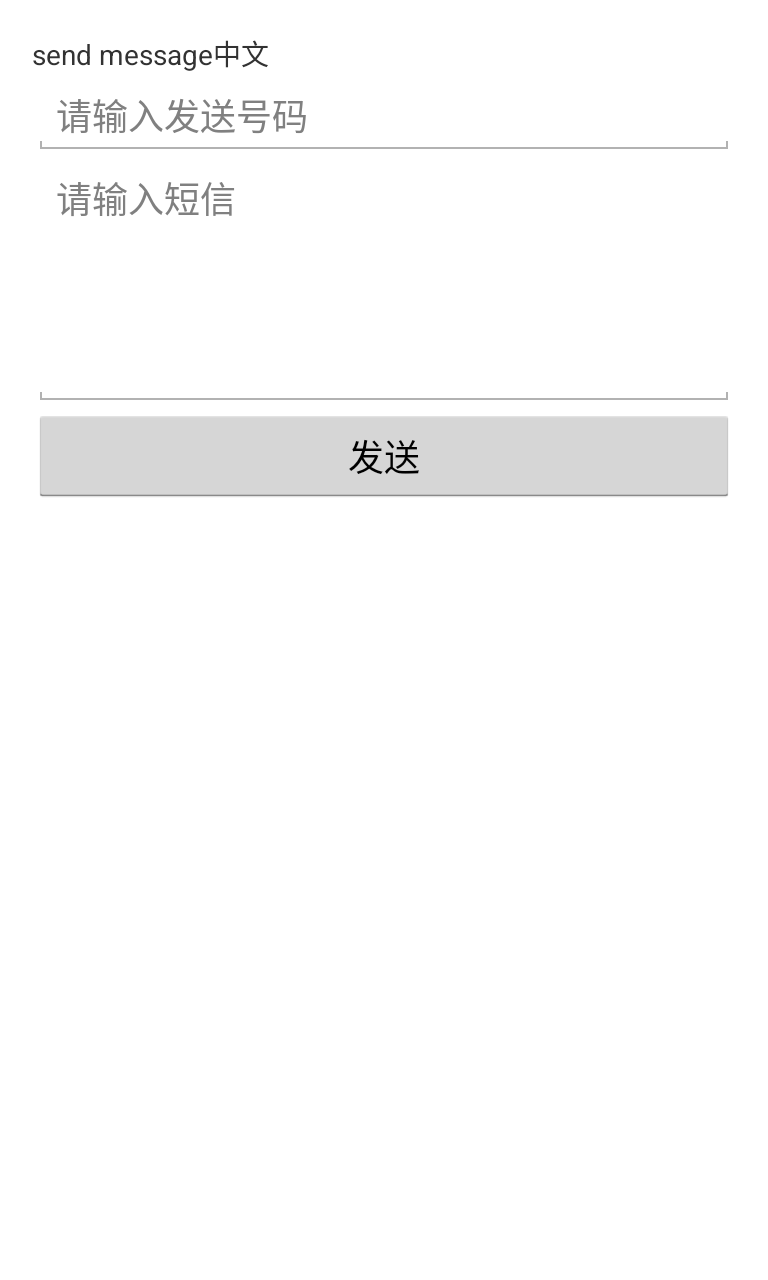
Repository: qwer2714856/Android_learn
Layout: message/res/layout/activity_main.xml
These files come from the project's save history. The layout is drawn as it stood at one moment and after the next save; the edit follows.
It is drawn on a 768 x 1280 px phone screen (xhdpi) without system bars, with theme AppTheme; the app's code is not run.

Above is the layout before, as saved 2015-09-24 12:01:51.

After the next save:
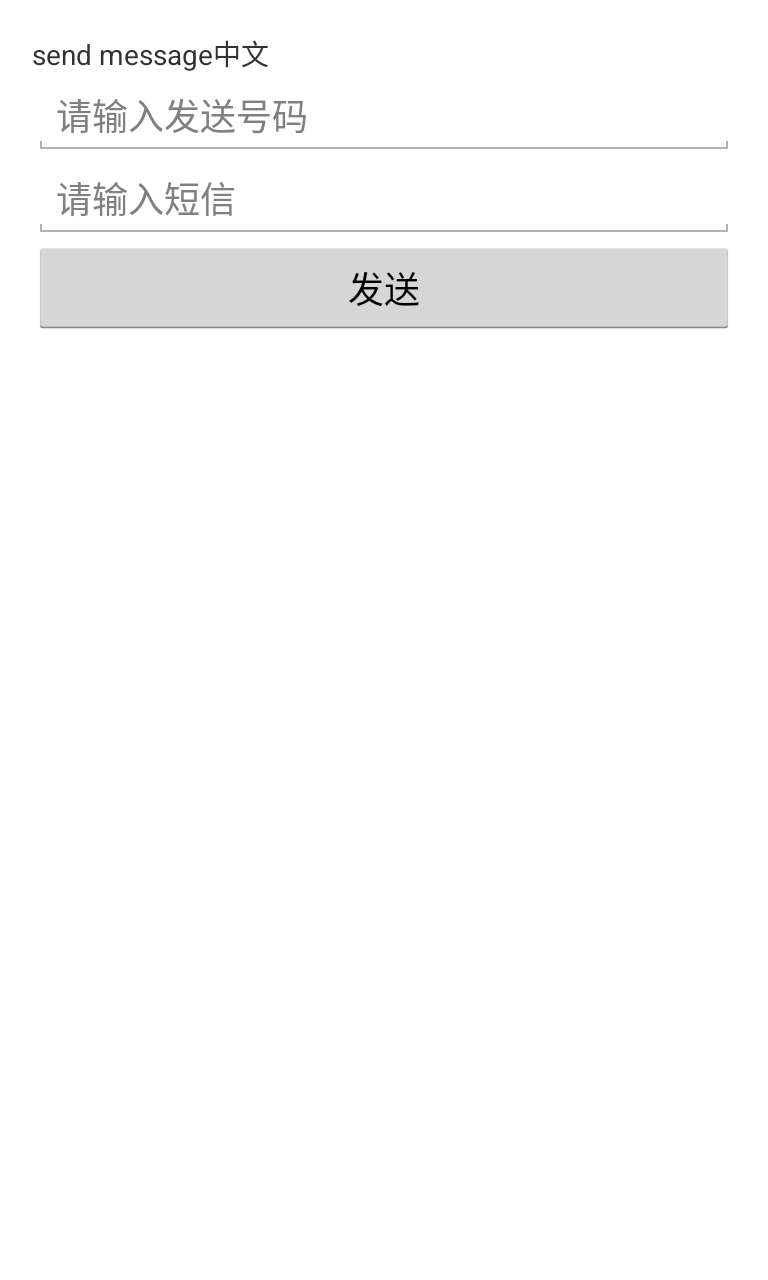
Saved 3 min 13 s later.
--- a/message/res/layout/activity_main.xml
+++ b/message/res/layout/activity_main.xml
@@ -25,6 +25,7 @@
         android:layout_height="wrap_content"
         android:id="@+id/message"
         android:lines="5"
+        android:inputType="text"
         android:hint="请输入短信"
         android:gravity="top"
         />

After the 4 saves that followed:
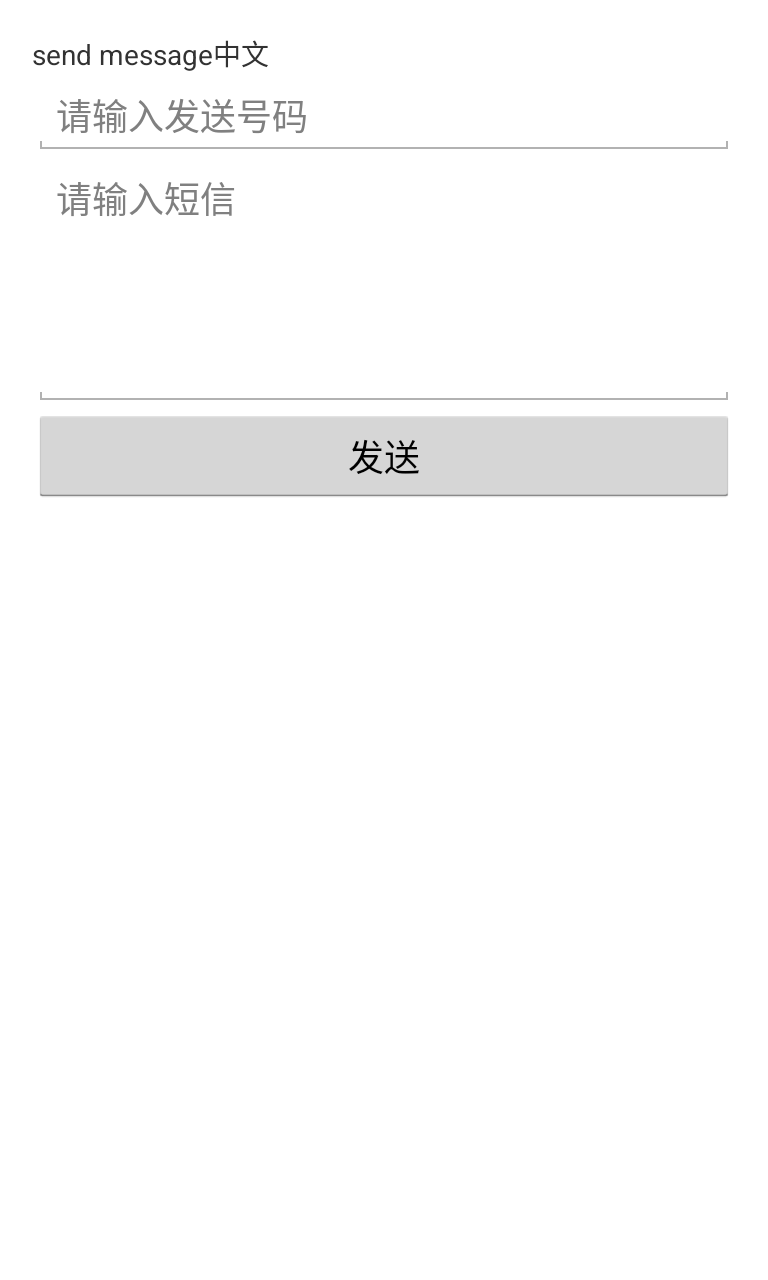
The 4 saves are shown as one change because 1 did not build or start and 2 left the picture as it was.
The last was saved 82 s later.
--- a/message/res/layout/activity_main.xml
+++ b/message/res/layout/activity_main.xml
@@ -16,6 +16,7 @@
     <EditText
         android:layout_width="match_parent"
         android:layout_height="wrap_content"
+        android:inputType="text"
         android:id="@+id/num"
         android:hint="请输入发送号码"
         />
@@ -25,7 +26,6 @@
         android:layout_height="wrap_content"
         android:id="@+id/message"
         android:lines="5"
-        android:inputType="text"
         android:hint="请输入短信"
         android:gravity="top"
         />
